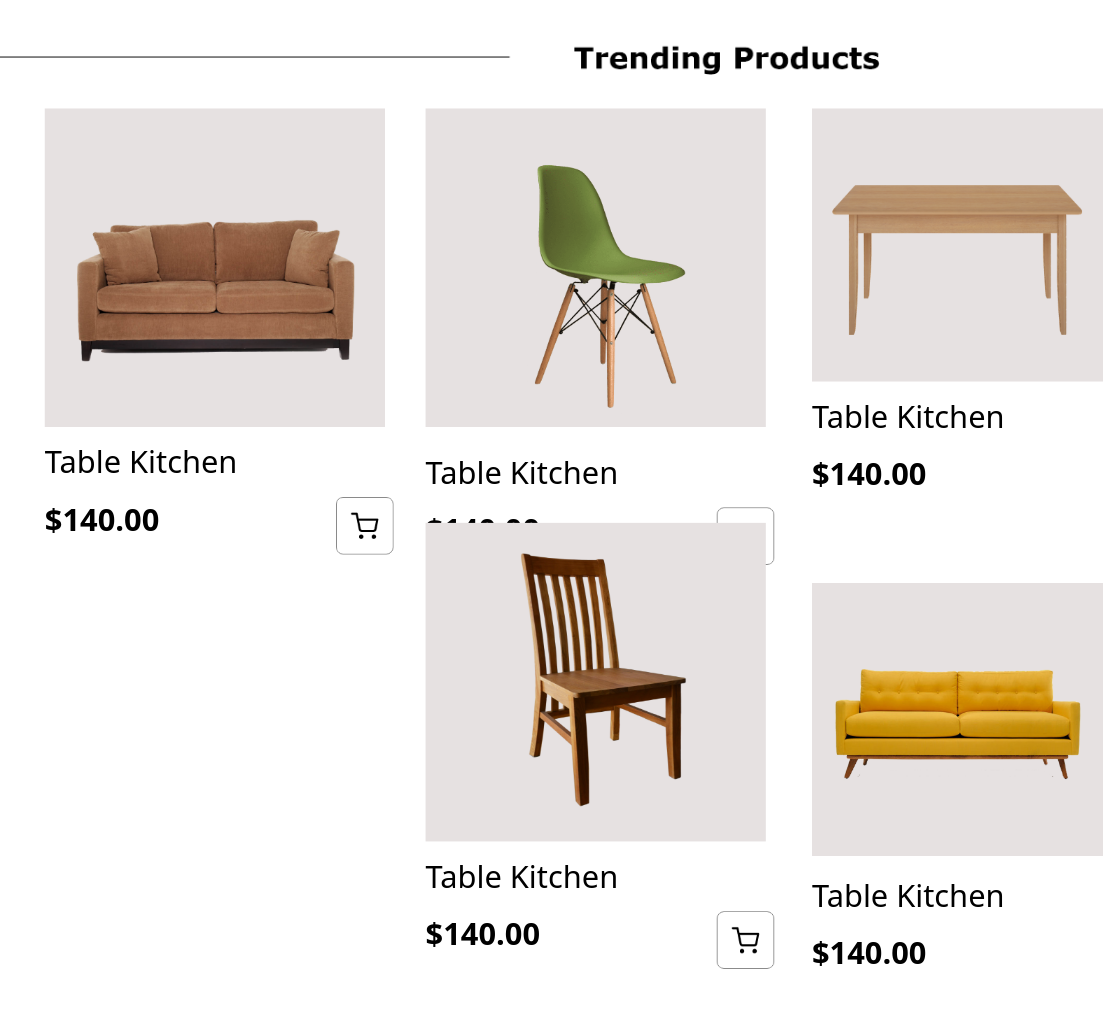
Repository: MEROO1010/creative_home
Page: /
The author's editor kept a copy of each file at every save. The page is drawn from the files as they stood at one save, then again after the next save.
The browser window is 1280 px wide. The page is 1576 px wide, so the pictures cover 1576 px, including what lies to the right of the window. The pictures show the part of the page from y = 2870 to 4430 px (the page is 4350 px tall before and 4430 px after), at 70% of full size.
The project was rebuilt for these pictures with package versions that can differ from the ones it lists, and the page was loaded fresh each time. The framework's server and built-in components were replaced by stand-ins that run in the browser. Also part of the build but not shown: next.config.js.

Above is the page before, as saved 2022-12-14 10:12:20.

### pages/_app.tsx
import '../styles/globals.css'
import type { AppProps } from 'next/app'

export default function App({ Component, pageProps }: AppProps) {
  return <Component {...pageProps} />


}

### pages/index.tsx
import styles from '../styles/Home.module.css'
import Firstsection from '../components/Firstsection'
import Chair_Sofa from '../components/Chair_Sofa'
import SpecialOffer from '../components/SpecialOffer'
import TrendingProducts from '../components/TrendingProducts'



export default function Home() {
  return (
    <div className='overflow-y-auto'>

    <div>
      <Firstsection/>

      <Chair_Sofa/>

      <SpecialOffer/>
      <TrendingProducts/>





    </div>



    </div>

  )
}

### styles/globals.css
@tailwind base;
@tailwind components;
@tailwind utilities;

@font-face {
    font-family: "verdana";
    src: url('../assets/fonts/verdana.ttf');
    font-weight: normal;
    font-style: normal;
  }

  @font-face {
    font-family: "schuyler";
    src: url('../assets/fonts/Schuyler.ttf');
    font-weight: normal;
    font-style: normal;
  }

### components/Firstsection.tsx
import React from 'react'
import Image from 'next/image'
import first_img from '../assets/images/first_img.png'


const firstsection = () => {
  return (
    <div>
      <Image src={first_img} alt={''}/>
    </div>
  )
}

export default firstsection

### components/Chair_Sofa.tsx
import React from 'react'
import Image from 'next/image'

import Title1 from '../assets/images/title1.png'
import righBtn from '../assets/images/btn-r.png'
import leftBtn from '../assets/images/btn-l.png'




const Chair_Sofa = () => {
  return (
    <div className='my-10  pb-32  static '>
     <div className='my-20 py-4'>
     <Image src={Title1} alt={''}/>
     </div>

     <div className=" absolute   	 right-10	     ">
      <Image src={righBtn} alt={''}/>
      <div className="absolute bottom-60   left-40 mx-10 my-28 bg-transparent hover:bg-gray-500 text-white  text-[32px] font-semibold hover:text-white py-2 px-4 border border-white hover:border-transparent rounded w-394 h-82   "><button>View All Products</button></div>
     </div>

     <div className=" absolute left-10  ">
      <Image src={leftBtn} alt={''}/>
      <div className="absolute bottom-60   left-20 mx-16 my-28 bg-transparent hover:bg-gray-500 text-white  text-[32px] font-semibold hover:text-white py-2 px-4 border border-white hover:border-transparent rounded w-394 h-82   "><button>View All Products</button></div>
     </div>

      <div>

      </div>

   </div>
  )
}

export default Chair_Sofa

### components/SpecialOffer.tsx
import React from 'react'
import Image from 'next/image'
import specialOffer from '../assets/images/specialOffer.png'
import sofa2 from '../assets/images/sofa2.png'
import image2 from '../assets/images/img2.png'




const SpecialOffer = () => {
  return (
    <div className='bottom-100'>
      <div className="relative bg-[#E6E1E1]  py-10    my-80  top-80    ">
        <div className=' py-4 my-4 top-20'>
          <Image src={specialOffer} alt=''/>

         </div>

         <div className='  absolute	left-80 ml-80 mt-20 pl-44  '>
          <Image src={sofa2} alt=''/>

         </div>

         <div className='static mt-40 pl-8	'>
          <Image src={image2} alt=''/>
          <button className=' relative bg-transparent hover:bg-red-500 text-[28px] text-red-700 font-semibold hover:text-white py-4 px-8 border border-red-500 hover:border-transparent rounded mx-40 my-50 bottom-40 w-80 h-20'>shop Now</button>
         </div>
    </div>
    </div>
  )
}

export default SpecialOffer

### components/TrendingProducts.tsx
import React from 'react'
import Image from 'next/image'
import Trending_Products from '../assets/images/trending-products.png'
import Shopping from  '../assets/images/shopping-btn.png'
import Tablekitchen from '../assets/images/Table_Kitchen.png'
import chair1 from '../assets/images/Chair No-arms.png'
import brownSofa from '../assets/images/Brown_Chouch.png'
import yellowsofa from '../assets/images/Yellow_Sofa.png'
import woodchair from '../assets/images/Wood_Chair.png'
import modrenchair from '../assets/images/Modern_Sofa.png'



const TrendingProducts = () => {
  return (
    <div>
     <div className='pt-24'>
        <Image src={Trending_Products} alt=''/>
     </div>

     <div >
      {/*table kitchen */}
     <div className=' absolute ml-80 mt-12 pl-80  left-80'>
       <div className='ml-36 pl-14'>
       <Image src={Tablekitchen} alt=''/>
       <h1 className='text-[44px]  mt-4  font-verdana'>Table Kitchen</h1>
       <h1 className='text-[44px]  mt-4  font-verdana font-bold'>$140.00</h1>
       <button className=' relative ml-80 my-4  pl-24 bottom-20 '><Image src={Shopping} alt=''/> </button>
       </div>
     </div>
       {/*chair noe arms */}
     <div className=' absolute ml-28 mt-12 pl-10  left-20'>
       <div className='ml-80 pl-14'>
       <Image src={chair1} alt=''/>
       <h1 className='text-[44px]  mt-4  font-verdana'>Table Kitchen</h1>
       <h1 className='text-[44px]  mt-4  font-verdana font-bold'>$140.00</h1>
       <button className=' relative ml-80 my-4  pl-24 bottom-20 '><Image src={Shopping} alt=''/> </button>
       </div>
     </div>

      {/*brown chouch */}
      <div className='absolute ml-4 mt-12 pl-2  left-70'>
       <div className='ml-10   '>
       <Image src={brownSofa} alt=''/>
       <h1 className='text-[44px]  mt-4  font-verdana'>Table Kitchen</h1>
       <h1 className='text-[44px]  mt-4  font-verdana font-bold'>$140.00</h1>
       <button className=' relative ml-80 my-4  pl-24 bottom-20 '><Image src={Shopping} alt=''/> </button>
       </div>
     </div>

     {/*yellow sofa */}
     <div className=' absolute ml-80 mt-60 pl-80 pt-40  left-80'>
       <div className='ml-36 pl-14 mt-80'>
       <Image src={yellowsofa} alt=''/>
       <h1 className='text-[44px]  mt-4  font-verdana'>Table Kitchen</h1>
       <h1 className='text-[44px]  mt-4  font-verdana font-bold'>$140.00</h1>
       <button className=' relative ml-80 my-4  pl-24 bottom-20 '><Image src={Shopping} alt=''/> </button>
       </div>
     </div>

     {/*wood chair */}
     <div className=' absolute ml-28 mt-80 pl-10 pt-30  left-20'>
       <div className='ml-80 pl-14 pt-80 '>
       <Image src={woodchair} alt=''/>
       <h1 className='text-[44px]  mt-4  font-verdana'>Table Kitchen</h1>
       <h1 className='text-[44px]  mt-4  font-verdana font-bold'>$140.00</h1>
       <button className=' relative ml-80 my-4  pl-24 bottom-20 '><Image src={Shopping} alt=''/> </button>
       </div>
     </div>


     </div>
    </div>
  )
}

export default TrendingProducts

### tailwind.config.js
/** @type {import('tailwindcss').Config} */
module.exports = {
  content: [
    "./pages/**/*.{js,ts,jsx,tsx}",
    "./components/**/*.{js,ts,jsx,tsx}",
  ],
  theme: {

    extend: {
      fontFamily:{
        "verdana":['../assets/fonts/verdana.ttf'],
        "schuyler":['../assets/fonts/Schuyler.ttf']
      }
    },
  },
  plugins: [],
}

After the next save:
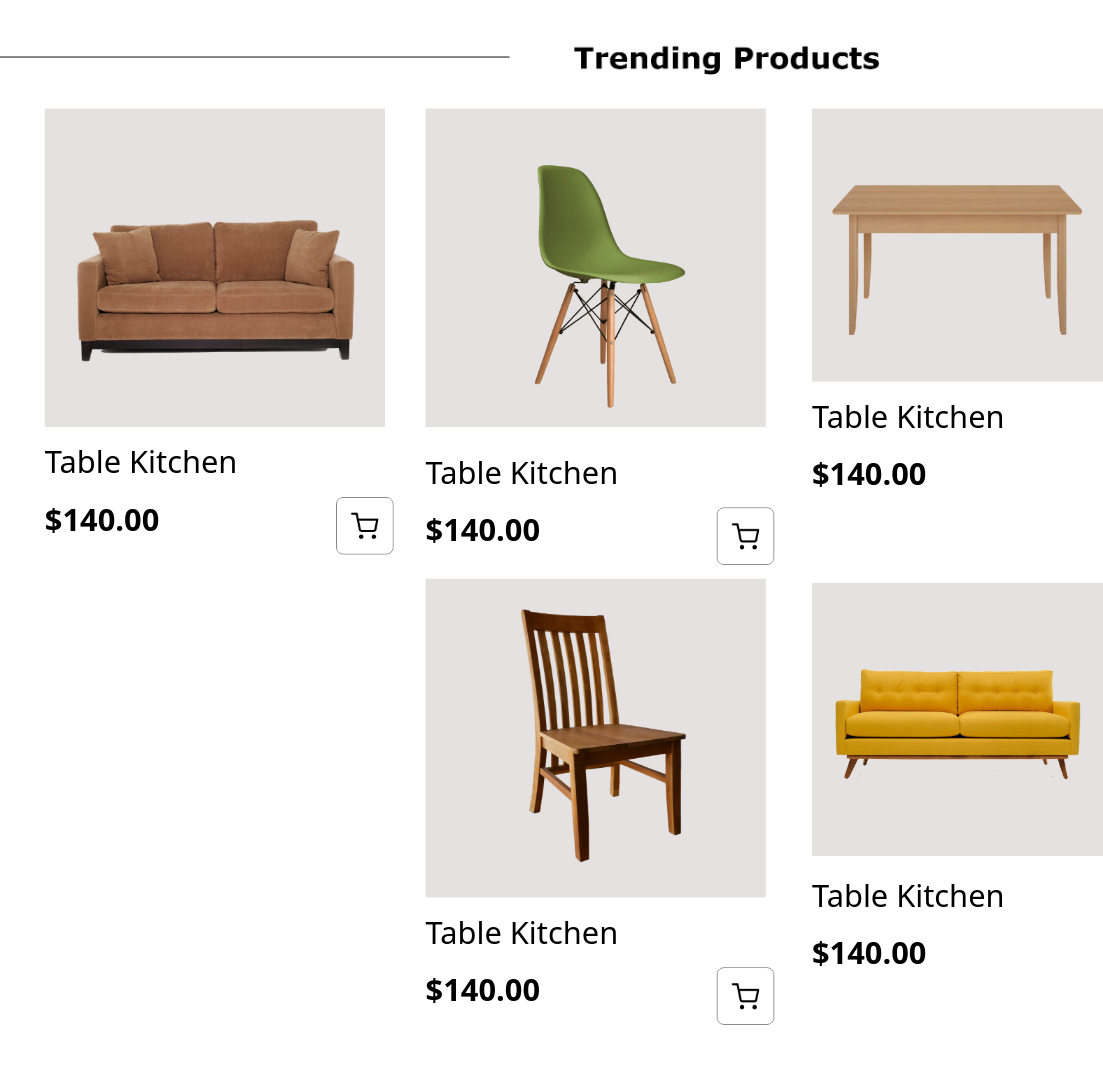
Saved 4 s later.
--- a/components/TrendingProducts.tsx
+++ b/components/TrendingProducts.tsx
@@ -59,7 +59,7 @@
      </div>
 
      {/*wood chair */}
-     <div className=' absolute ml-28 mt-80 pl-10 pt-30  left-20'>
+     <div className=' absolute ml-28 mt-80 pl-10 pt-20  left-20'>
        <div className='ml-80 pl-14 pt-80 '>
        <Image src={woodchair} alt=''/>
        <h1 className='text-[44px]  mt-4  font-verdana'>Table Kitchen</h1>

After the save that followed:
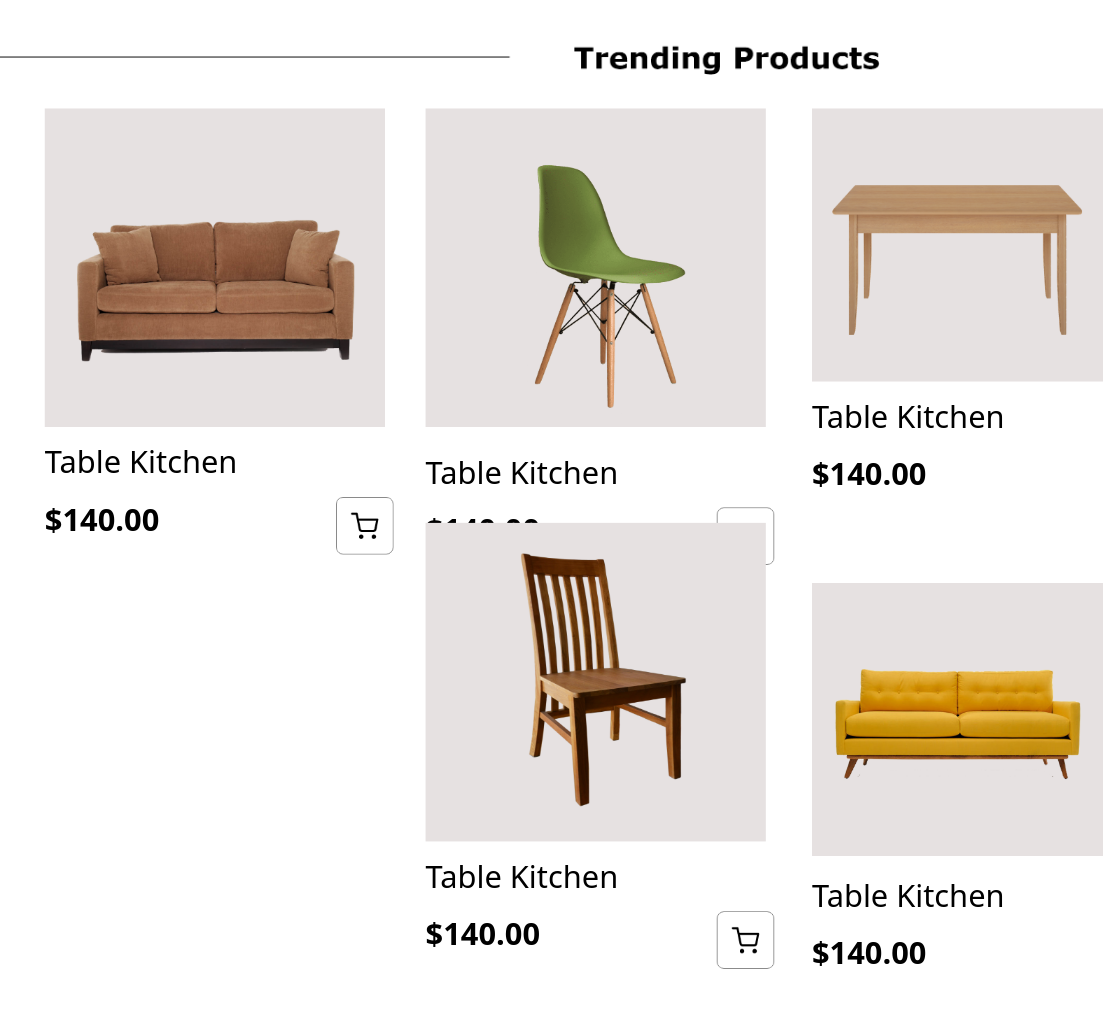
Saved 5 s later.
--- a/components/TrendingProducts.tsx
+++ b/components/TrendingProducts.tsx
@@ -59,7 +59,7 @@
      </div>
 
      {/*wood chair */}
-     <div className=' absolute ml-28 mt-80 pl-10 pt-20  left-20'>
+     <div className=' absolute ml-28 mt-80 pl-10 pt-22  left-20'>
        <div className='ml-80 pl-14 pt-80 '>
        <Image src={woodchair} alt=''/>
        <h1 className='text-[44px]  mt-4  font-verdana'>Table Kitchen</h1>
